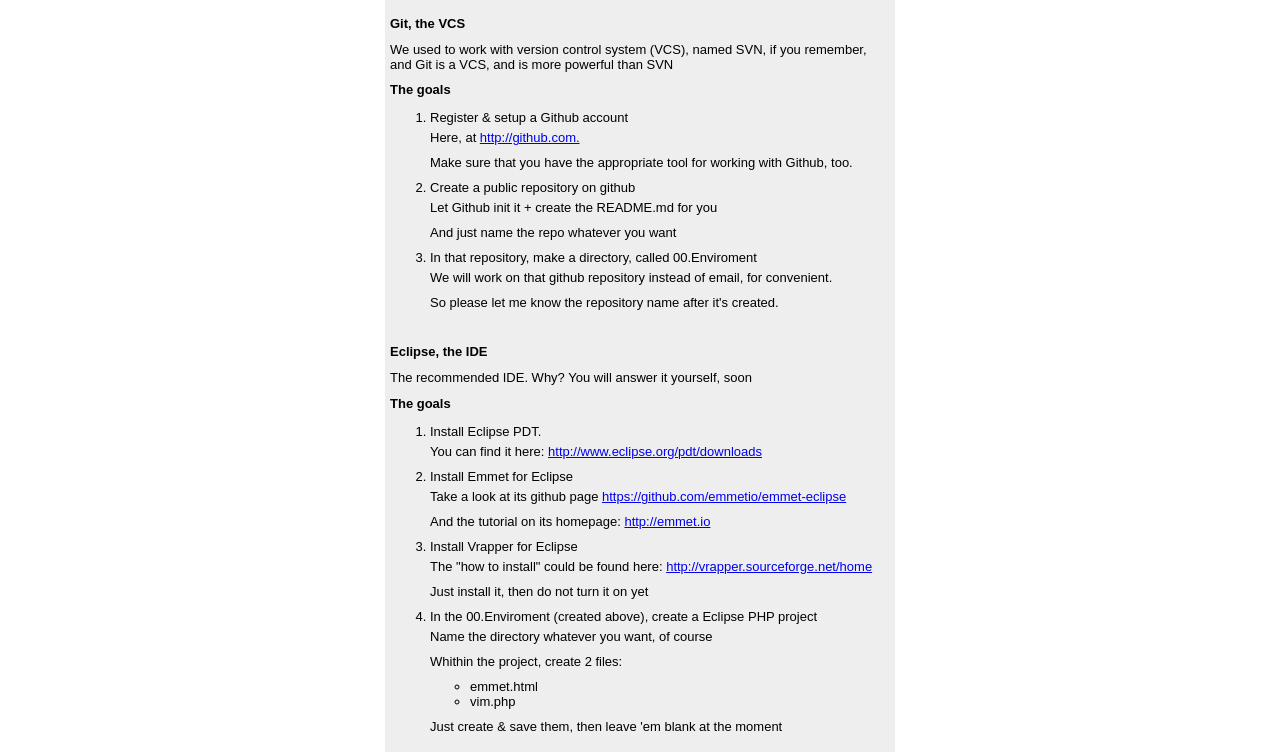
Repository: mrdo2010vn/00.enviroment
Page: 00.TestingEnviroment/emmet.html
The author's editor kept a copy of each file at every save. The page is drawn from the files as they stood at one save, then again after the next save.
The browser window is 1280 px wide. The pictures show the whole page.

Above is the page before, as saved 2013-09-25 08:47:37.

### 00.TestingEnviroment/emmet.html
<!DOCTYPE html PUBLIC "-//W3C//DTD HTML 4.01 Transitional//EN" "http://www.w3.org/TR/html4/loose.dtd">
<html>
<head>
<meta http-equiv="Content-Type" content="text/html; charset=UTF-8">
<link rel="stylesheet" href="css/style.css" />
<title>00.Enviroment</title>
</head>
<body>
	<div class="part">
		<div class="title">
			<h2><span class="underscore">Git</span>, the VCS</h2>
			<p>We used to work with version control system (VCS), named SVN, if you remember, and Git is a VCS, and is more powerful than SVN</p>
		</div><!-- END .title -->
		<div class="content">
			<h2>The goals</h2>
			<ol>
				<li><span class="italic">Register & setup a Github account</span>
					<blockquote>
						<p>Here, at <a href="http://github.com">http://github.com.</a></p>
						<p>Make sure that you have the appropriate tool for working with Github, too.</p>
					</blockquote>
				</li>

				<li><span class="italic">Create a public repository on github</span>
					<blockquote>
						<p>Let Github init it + create the <span class="bold">README.md</span> for you</p>
						<p>And just name the repo whatever you want</p>
					</blockquote>
				</li>
				<li><span class="italic">In that repository, make a directory, called</span> <span class="bold italic">00.Enviroment</span>
					<blockquote>
						<p>We will work on that github repository instead of email, for convenient.</p>
						<p>So please let me know the repository name after it's created.</p>
					</blockquote>
				</li>
			</ol>
		</div><!-- END .content -->
	</div><!-- END .part -->

	<div class="part">
		<div class="title">
			<h2><span class="underscore">Eclipse</span>, the IDE</h2>
			<p>The recommended IDE. Why? You will answer it yourself, soon</p>
		</div><!-- END .title -->
		<div class="content">
			<h2>The goals</h2>
			<ol>
				<li><span class="italic">Install Eclipse PDT.</span>
					<blockquote>
						<p>You can find it here: <a href="http://www.eclipse.org/pdt/downloads">http://www.eclipse.org/pdt/downloads</a></p>
					</blockquote>
				</li>

				<li><span class="italic">Install Emmet for Eclipse</span>
					<blockquote>
						<p>Take a look at its github page <a href="https://github.com/emmetio/emmet-eclipse">https://github.com/emmetio/emmet-eclipse</a></p>
						<p>And the tutorial on its homepage: <a href="http://emmet.io">http://emmet.io</a></p>
					</blockquote>
				</li>
				<li><span class="italic">Install Vrapper for Eclipse</span>
					<blockquote>
						<p>The "how to install" could be found here: <a href="http://vrapper.sourceforge.net/home">http://vrapper.sourceforge.net/home</a></p>
						<p>Just install it, then <span class="bold">do not turn it on</span> yet</p>
					</blockquote>
				</li>
				<li><span class="italic">In the <span class="bold">00.Enviroment</span> (created above), create a Eclipse PHP project</span>
					<blockquote>
						<p>Name the directory whatever you want, of course</p>
						<p>Whithin the project, create 2 files:
							<ul>
								<li class="bold">emmet.html</li>
								<li class="bold">vim.php</li>
							</ul>
						</p>
						<p>Just create & save them, then leave 'em blank at the moment</p>
					</blockquote>
				</li>
			</ol>
		</div><!-- END .content -->
	</div><!-- END .part -->
</body>
</html>

### 00.TestingEnviroment/css/style.css
@CHARSET "UTF-8";

/* =============== HTML DEFAULT =============== */
html, body {
    margin: 0;
    padding: 0;
}
p, pre, blockquote{
    padding: 0;
    margin: 5px 0 10px 0;
}
html {
    font-size: 100%;
}
* {
	font-family: "Arial", sans-serif;
	font-size: 13px;
}

/* ================ PART ================ */
.part {
	width:500px;
	margin: 0 auto;
	padding: 5px;
	background: #EEEEEE;
}

After the next save:
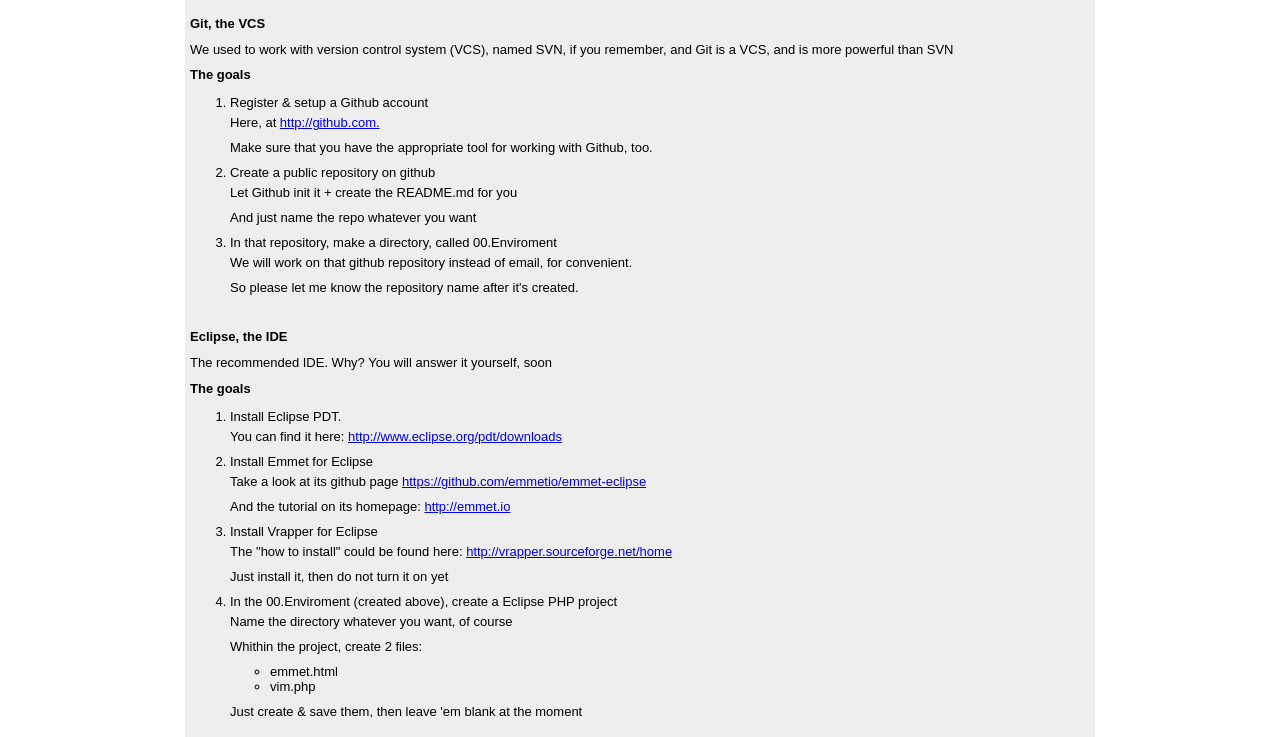
Saved 8 s later.
--- a/00.TestingEnviroment/css/style.css
+++ b/00.TestingEnviroment/css/style.css
@@ -19,7 +19,7 @@
 
 /* ================ PART ================ */
 .part {
-	width:500px;
+	width:900px;
 	margin: 0 auto;
 	padding: 5px;
 	background: #EEEEEE;
